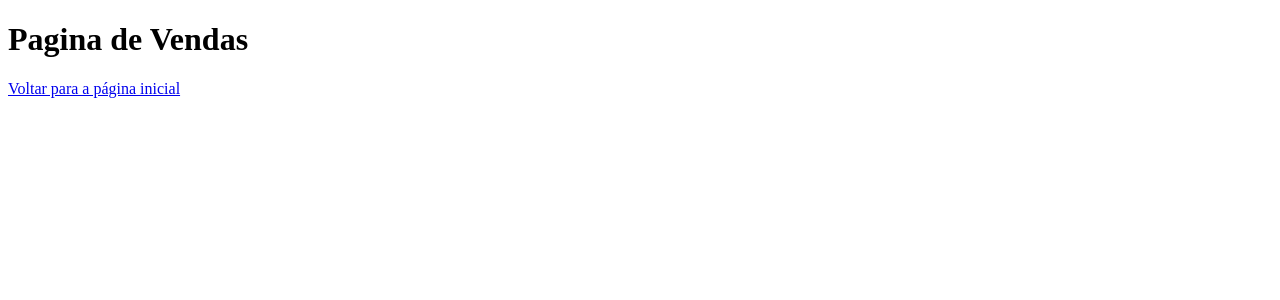
Repository: KarinaLopesDev/aulagithub
Page: vendas.html
These files come from the project's save history. The page is drawn as it stood at one moment and after the next save; the edit follows.
The browser window is 1280 px wide. The pictures show the whole page.

Above is the page before, as saved 2023-03-17 16:34:30.

After the next save:
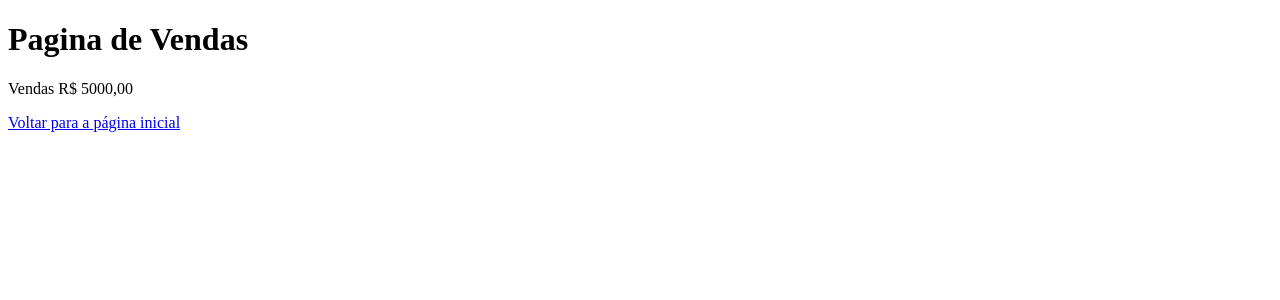
Saved 20 days later.
--- a/vendas.html
+++ b/vendas.html
@@ -8,6 +8,7 @@
 </head>
 <body>
     <h1>Pagina de Vendas</h1>
+    <p>Vendas R$ 5000,00 <p></p>
     <a href="index.html">Voltar para a página inicial</a>
 </body>
 </html>
